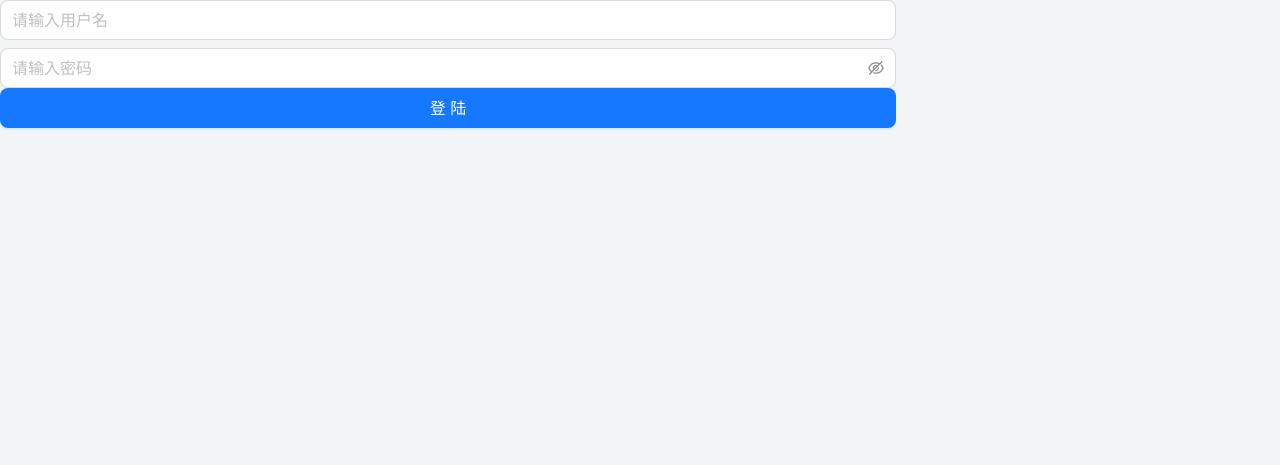
Repository: wujieli0207/tiny-flash-card
Page: /#/login
The author's editor kept a copy of each file at every save. The page is drawn from the files as they stood at one save, then again after the next save.
The browser window is 1280 px wide. The pictures show the whole page.
The project was rebuilt for these pictures with package versions that can differ from the ones it lists, and the page was loaded fresh each time. Also part of the build but not shown: vite.config.ts.

Above is the page before, as saved 2023-06-11 18:25:36.

### index.html
<!DOCTYPE html>
<html lang="en">
  <head>
    <meta charset="UTF-8" />
    <link rel="icon" type="image/svg+xml" href="/vite.svg" />
    <meta name="viewport" content="width=device-width, initial-scale=1.0" />
    <title>tiny-flash-card</title>
  </head>
  <body>
    <div id="root"></div>
    <script type="module" src="/src/client/main.tsx"></script>
  </body>
</html>

### src/client/main.tsx
import { createRoot } from 'react-dom/client'
import App from './App'

import './styles/index.css'

// eslint-disable-next-line @typescript-eslint/no-non-null-assertion
const rootContainer = document.getElementById('root')!

createRoot(rootContainer).render(<App />)

### src/client/App.tsx
import { RouterProvider } from 'react-router-dom'
import { routes } from './route'

const APP = () => {
  return <RouterProvider router={routes} />
}

export default APP

### src/client/route.tsx
import { ComponentType, Suspense, lazy } from 'react'
import { createHashRouter, Outlet } from 'react-router-dom'

const lazyLoad = (
  compLoader: () => Promise<{ default: ComponentType<unknown> }>
) => {
  const Comp = lazy(compLoader)
  return (
    <Suspense fallback={<div>Loading...</div>}>
      <Comp />
    </Suspense>
  )
}

export const routes = createHashRouter([
  {
    path: '/',
    children: [
      // 登陆
      {
        path: '/login',
        element: lazyLoad(() => import('./pages/login.tsx')),
      },
    ],
    element: <Outlet />,
  },
])

### src/client/pages/login.tsx
import { useRef, useState } from 'react'
import { Input, Button } from 'antd'
import type { InputRef } from 'antd'
import { PageTitle } from '@/client/components/PageTitle'
import { messageError } from '@/client/utils/message'

const Login = () => {
  // 用户名
  const [username, setUsername] = useState('')
  // 密码
  const [password, setPassword] = useState('')
  // 用户名输入框
  const usernameRef = useRef<InputRef>(null)
  // 密码输入框
  const passwordRef = useRef<InputRef>(null)

  const onSubmit = () => {
    if (!username) {
      messageError('请输入用户名')
      usernameRef.current?.focus()
      return
    }

    if (!password) {
      messageError('请输入密码')
      passwordRef.current?.focus()
      return
    }
  }

  return (
    <div className="h-screen w-screen bg-gray-100">
      <PageTitle title="登陆" />

      <div className="w-[70%]">
        <Input
          value={username}
          ref={usernameRef}
          placeholder="请输入用户名"
          size="large"
          className="mb-2"
          onChange={(e) => setUsername(e.target.value)}
          onKeyUp={(e) => {
            if (e.key === 'Enter') {
              passwordRef.current?.focus()
            }
          }}
        />
        <Input.Password
          value={password}
          ref={passwordRef}
          placeholder="请输入密码"
          size="large"
          onChange={(e) => setPassword(e.target.value)}
          onKeyUp={(e) => {
            if (e.key === 'Enter') {
              onSubmit()
            }
          }}
        />
        <Button type="primary" size="large" block onClick={onSubmit}>
          {' '}
          登 陆
        </Button>
      </div>
    </div>
  )
}

export default Login

### src/client/components/PageTitle.tsx
import { FC } from 'react'
import { Helmet } from 'react-helmet'

interface IProps {
  title: string
}

export const PageTitle: FC<IProps> = (props) => {
  return (
    <Helmet>
      <title>{props.title} - flash card</title>
    </Helmet>
  )
}

### src/client/utils/message.ts
import { App, message as antdMessage } from 'antd'
import { MessageInstance, NoticeType } from 'antd/es/message/interface'

let messageInstance: MessageInstance = antdMessage

export const useInitMessage = () => {
  const staticFunction = App.useApp()
  messageInstance = staticFunction.message
}

export const message = (type: NoticeType, content: string) => {
  return messageInstance.open({ type, content })
}

export const messageSuccess = (content: string) => {
  return messageInstance.success(content)
}

export const messageError = (content: string) => {
  return messageInstance.error(content)
}

export const messageWarning = (content: string) => {
  return messageInstance.warning(content)
}

export const messageInfo = (content: string) => {
  return messageInstance.info(content)
}

### tailwind.config.js
/* eslint-disable no-undef */
/** @type {import('tailwindcss').Config} */
export default {
  darkMode: ['class', '[data-theme="dark"]'],
  content: ['./src/**/*.{js,jsx,ts,tsx,html}'],
  theme: {
    extend: {},
  },
  plugins: [require('@tailwindcss/typography')],
}

Loaded but not shown: src/client/styles/index.css (common file)

After the next save:
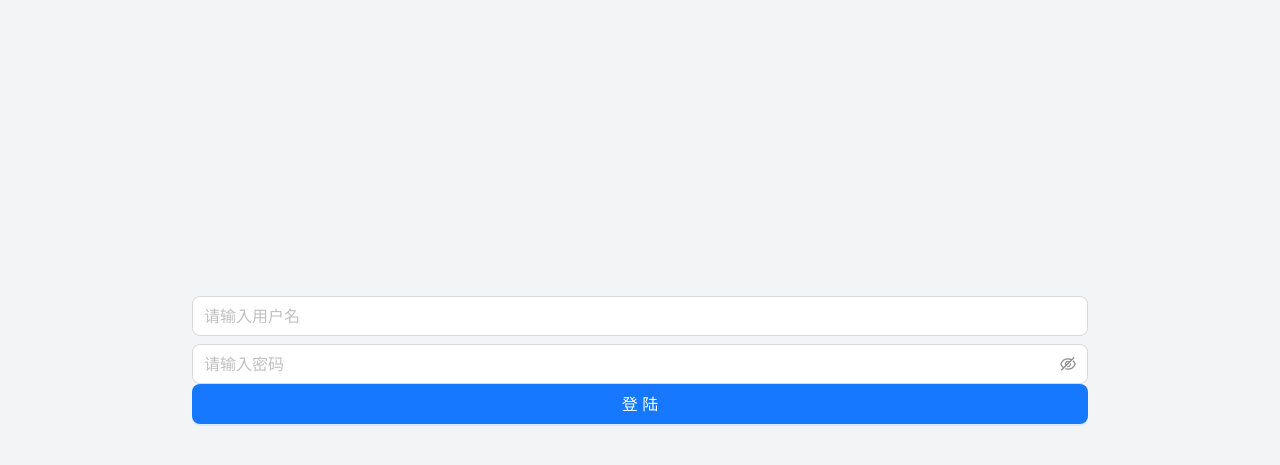
Saved 33 s later.
--- a/src/client/pages/login.tsx
+++ b/src/client/pages/login.tsx
@@ -29,7 +29,7 @@ const Login = () => {
   }
 
   return (
-    <div className="h-screen w-screen bg-gray-100">
+    <div className="h-screen w-screen bg-gray-100 flex flex-col justify-center items-center dark:text-gray-100">
       <PageTitle title="登陆" />
 
       <div className="w-[70%]">
